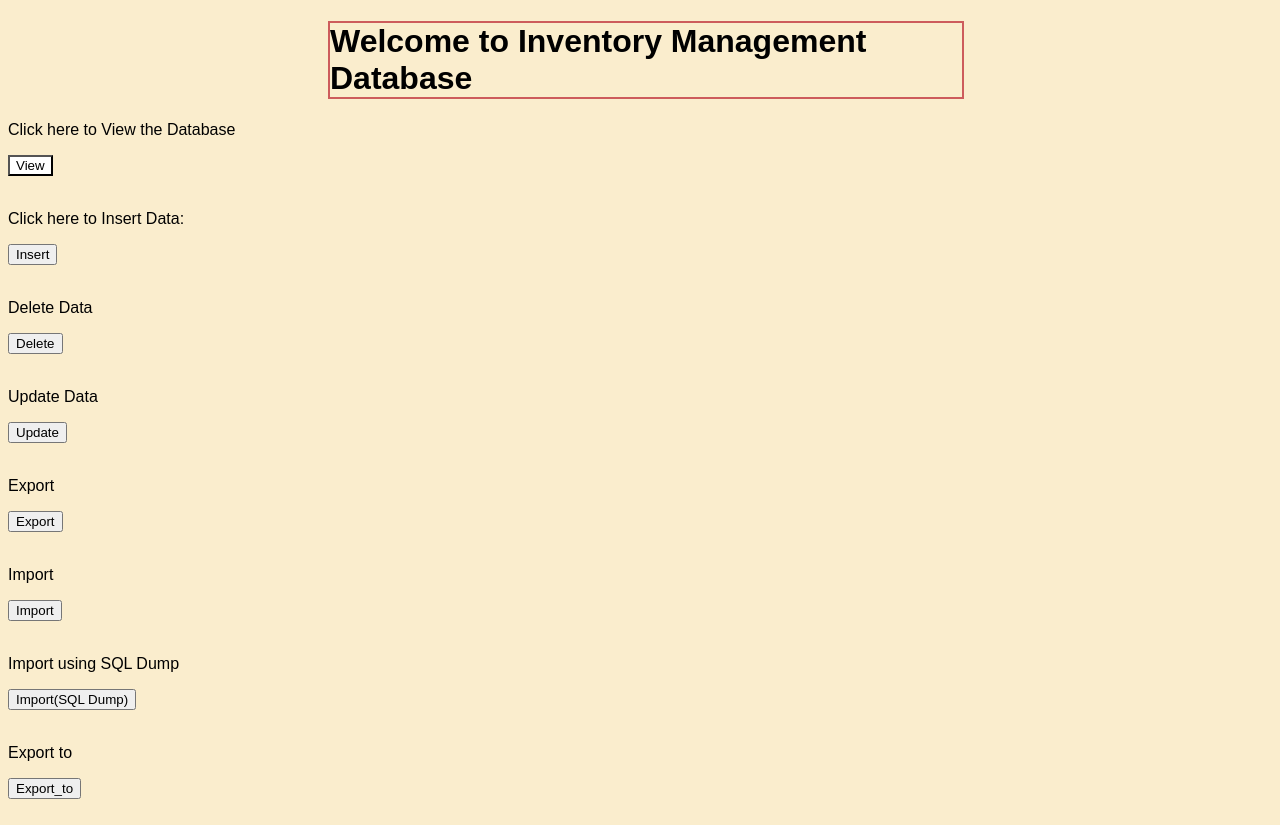
Repository: cyrusdwivedi2002/inventory-management-system
Page: DemoApp/src/main/webapp/Mainpage.html
These files come from the project's save history. The page is drawn as it stood at one moment and after the next save; the edit follows.
The browser window is 1280 px wide. The pictures show the whole page.
Some web fonts or font styles are not loaded; a fallback is used.

Above is the page before, as saved 2022-06-24 18:23:29.

### DemoApp/src/main/webapp/Mainpage.html
<!DOCTYPE html>
<html>
<head>
<meta charset="ISO-8859-1">

<link rel="preconnect" href="https://fonts.googleapis.com">
<link rel="preconnect" href="https://fonts.gstatic.com" crossorigin>
<link href="https://fonts.googleapis.com/css2?family=Anek+Latin:wght@500&family=Smooch&display=swap" rel="stylesheet">

<style>
body {
background-color: #faedcd;
font-family: 'Anek Latin', sans-serif;
}
h1{
color: black;
width: 50%;
margin-left:10em;
border: 2px solid indianred;
}
</style>
<title>Inventory management System</title>
</head>
<body>
	<h1>Welcome to Inventory Management Database</h1>
	<p> Click here to View the Database </p>
	<button type="button" form="form1"   onclick="window.location.href = 'view.html';" style = 'background-color:white'>View</button>
	<br/><br/>
	<p> Click here to Insert Data: </p>
	<button type="button" form="form1"   onclick="window.location.href = 'insert.html';">Insert</button>
	<br/><br/>
	<p> Delete Data </p>
	<button type="button" form="form1"   onclick="window.location.href = 'delete.html';">Delete</button>
	<br/><br/>
	<p> Update Data </p>
	<button type="button" form="form1"   onclick="window.location.href = 'update.html';">Update</button>
	<br/><br/>
	<p> Export </p>
	<button type="button" form="form1"   onclick="window.location.href = 'export.html';">Export</button>
	<br/><br/>
	<p> Import </p>
	<button type="button" form="form1"   onclick="window.location.href = 'import.html';">Import</button>
	<br/><br/>
	<p> Import using SQL Dump</p>
	<button type="button" form="form1"   onclick="window.location.href = 'importdump.html';">Import(SQL Dump)</button>
	<br/><br/>
	<p> Export to</p>
	<button type="button" form="form1"   onclick="window.location.href = 'export.html';">Export_to</button>
	<br/><br/>

	</body>
</html>

After the next save:
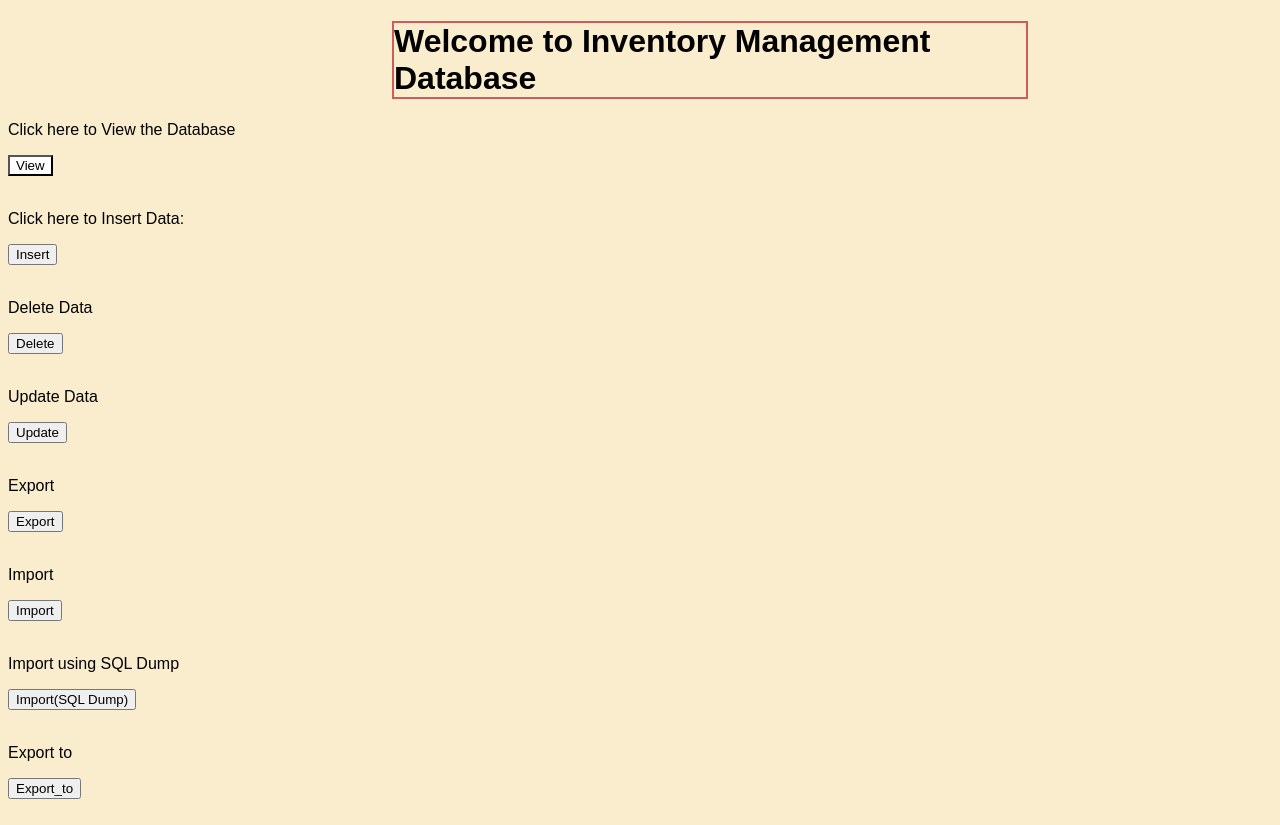
Saved 18 s later.
--- a/DemoApp/src/main/webapp/Mainpage.html
+++ b/DemoApp/src/main/webapp/Mainpage.html
@@ -15,7 +15,7 @@ font-family: 'Anek Latin', sans-serif;
 h1{
 color: black;
 width: 50%;
-margin-left:10em;
+margin-left:12em;
 border: 2px solid indianred;
 }
 </style>
